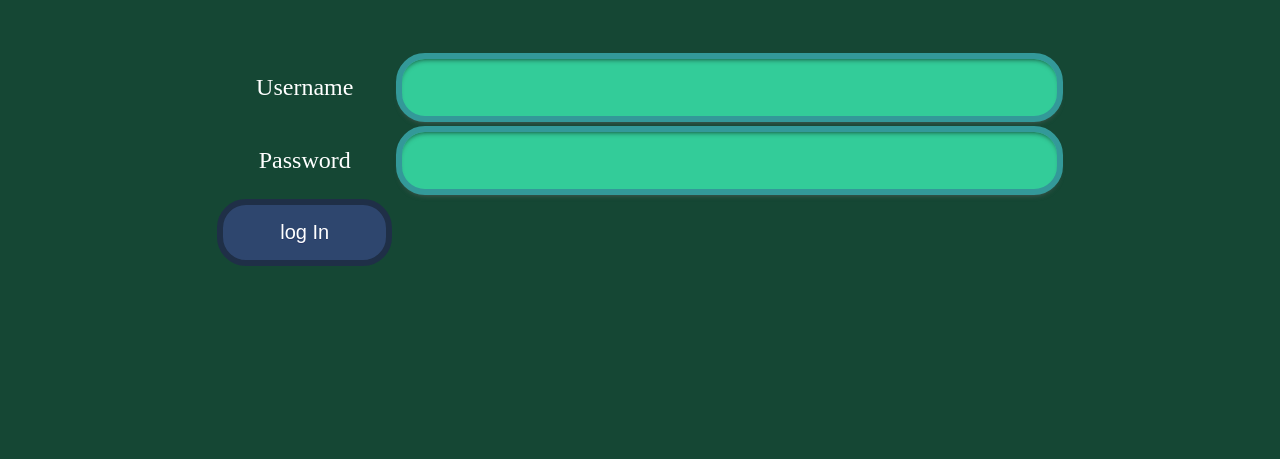
Repository: prajaktamore/Web-Based-Programming-3
Page: http://localhost/BinaryCalculator/AwardwinnerLogin.jsp
The author's editor kept a copy of each file at every save. The page is drawn from the files as they stood at one save, then again after the next save.
The browser window is 1280 px wide. The pictures show the whole page.
The page is served by Tomcat 9. Other server files are loaded and not shown.

Above is the page before, as saved 2014-05-04 18:27:28.

### BinaryCalculator/WebContent/AwardwinnerLogin.jsp
<%@ page language="java" contentType="text/html; charset=ISO-8859-1"
    pageEncoding="ISO-8859-1"%>
<!DOCTYPE html PUBLIC "-//W3C//DTD HTML 4.01 Transitional//EN" "http://www.w3.org/TR/html4/loose.dtd">
<html>
<head>
<meta http-equiv="Content-Type" content="text/html; charset=ISO-8859-1">
<title>Login</title>
<link href="more.css" rel="stylesheet" type="text/css" />
</head>
<body>
<form method="POST" action="AwardWinner">
  <table width="page" align="center" >
					<tr>
					  <td height="40" align="center"> <label style="color:#ffffff;font-size:24px" >Username</label> </td>
             			 <td align="center"> <input id="username" name="username" readonly="readonly" value="${sessionScope.username}" type="text" style ="background: #33CC99; height:55px; width: 600px;text-align:right;font-size:35px; border-radius: 2em; border:6px solid #339999;border-radius:29px; color: #fff; padding-left: 1.5em; outline: none; box-shadow: 0 4px 6px -5px hsl(0, 0%, 40%), inset 0px 4px 6px -5px hsl(0, 0%, 2%)"/></td>
 					</tr>
					<tr>
					  <td height="38" align="center"> <label style="color:#FFFFFF;font-size:24px;">Password</label> </td>
             			 <td align="center"><input id="password" name="password" type="password" style ="background: #33CC99; height:55px; width: 600px;text-align:right;font-size:35px; border-radius: 2em; border:6px solid #339999;border-radius:29px; color: #fff; padding-left: 1.5em; outline: none; box-shadow: 0 4px 6px -5px hsl(0, 0%, 40%), inset 0px 4px 6px -5px hsl(0, 0%, 2%)" /></td>
 					</tr>
  					<tr>
						<td align="center"><input type="submit" name="log" value="log In" style="background-color: #2e466e; color: #ffff; border-radius: 10px;border:6px solid #1f2f47;border-radius:29px;padding:16px 57px;text-shadow:0px 1px 0px #263666;font-size:20px;">
					</tr>
  </table>
</form>

</body>
</html>

### BinaryCalculator/WebContent/more.css
/*
    author : Prajakta More
    date created : 11 Feb 2014
	Version:  1
    copyright information : Binghamton University
*/

/*Defines style for body tag all fields declared in body tag will follow below style for margins and background*/
body
{
margin-top:50px;
margin-left:50px;
margin-right:50px;
margin-bottom:50px;
background:#154734;
}



input#submit {
    padding: 4px 40px;
    /*give the background a gradient*/
    background:#ffae00; /*fallback for browsers that don't support gradients*/
    background: -webkit-linear-gradient(top, #ffae00, #d67600);
    background: -moz-linear-gradient(top, #ffae00, #d67600);
    background: -o-linear-gradient(top, #ffae00, #d67600);
    background: linear-gradient(top, #ffae00, #d67600);
    border:2px outset #dad9d8;
    /*style the text*/
    font-family:Andika, Arial, sans-serif;
    font-size:1.1em;
    letter-spacing:0.05em;
    text-transform:uppercase;
    color:#fff;
    text-shadow: 0px 1px 10px #000;
    /*add to small curve to the corners of the button*/
    -webkit-border-radius: 15px;
    -moz-border-radius: 15px;
    border-radius: 15px;
    /*give the button a drop shadow*/
    -webkit-box-shadow: rgba(0, 0, 0, .55) 0 1px 6px;
    -moz-box-shadow: rgba(0, 0, 0, .55) 0 1px 6px;
    box-shadow: rgba(0, 0, 0, .55) 0 1px 6px;
    }
    /****NOW STYLE THE BUTTON'S HOVER STATE***/
    input#submit:hover, input#submit:focus {
    border:2px solid #dad9d8;
    }



/*Defines style for table tag all fields declared in table tag will follow below style for border*/
table
{
border: 0px solid #154734;
content-type:text/plain;
charset=iso-8859-1 ;
}
/*Defines style for table data tag all fields declared in table data tag will follow below style for border and text color */
td
{
border: 0px solid #154734;
color:white;
}
/*Defines style for paragraph tag  with class type defined as ex2 all fields declared in paragraph tag will follow below style for font, color, text align*/
p.ex2
{
font:30px arial,sans-serif,centre;
color:#ffffff;
text-align:center;
}
/*Defines style for paragraph tag  with class type defined as ex1 all fields declared in paragraph tag will follow below style for font, color, text align*/
p.ex1
{
font:18px arial,sans-serif,centre;
color:#ffffff;
text-align:center;
}
/*Defines style for img tag all with class name as ex3 fields declared in img tag will
follow below style for margins, background, padding, border, background -color, height, width, float, text- align*/
img.ex3
{
  margin: 5px;
  padding: 5px;
  background-color: #ffffff;
  border: 3px solid #ffffff;
  height: 375px;
  width: 250px;
  float: left;
  text-align: left;
}
/*Defines style for a href tag and its properties for different states as link, visited, hover, active*/
a:link {text-decoration:none;
background-color:#66CCCC;
color:#000000;
}
a:visited {text-decoration:none;
background-color:#9999CC;
color:#660033;
}
a:hover {text-decoration:underline;
background-color:#CC99CC;
color:#000033;
}
a:active {text-decoration:underline;
background-color:#FF99CC;
color:#330000;
}

After the next save:
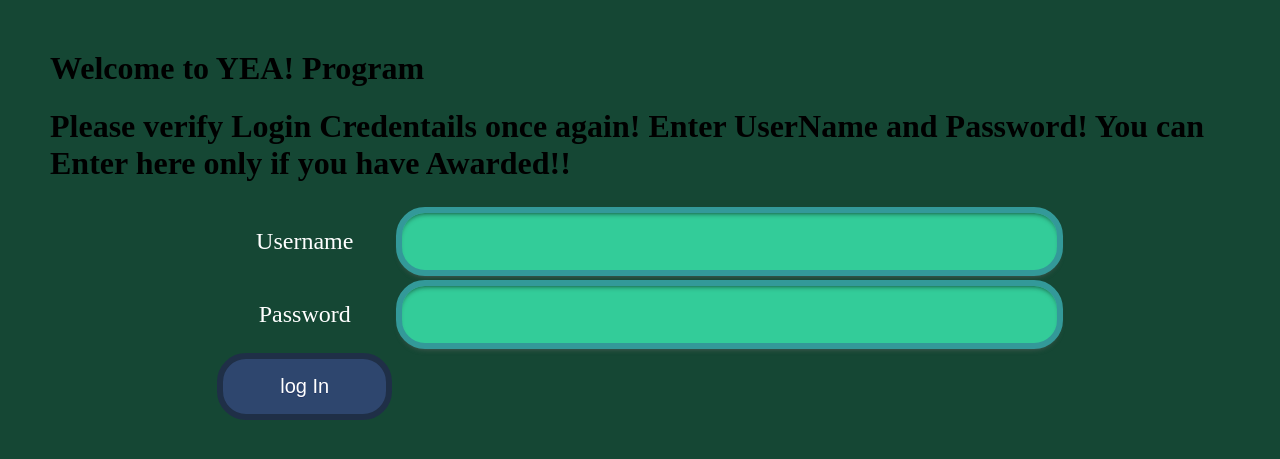
Saved 58 s later.
--- a/BinaryCalculator/WebContent/AwardwinnerLogin.jsp
+++ b/BinaryCalculator/WebContent/AwardwinnerLogin.jsp
@@ -8,6 +8,9 @@
 <link href="more.css" rel="stylesheet" type="text/css" />
 </head>
 <body>
+<h1>Welcome to YEA! Program</h1>
+<h1>Please verify Login Credentails once again! Enter UserName and Password! You can Enter here only if you have Awarded!! </h1>
+
 <form method="POST" action="AwardWinner">
   <table width="page" align="center" >
 					<tr>
